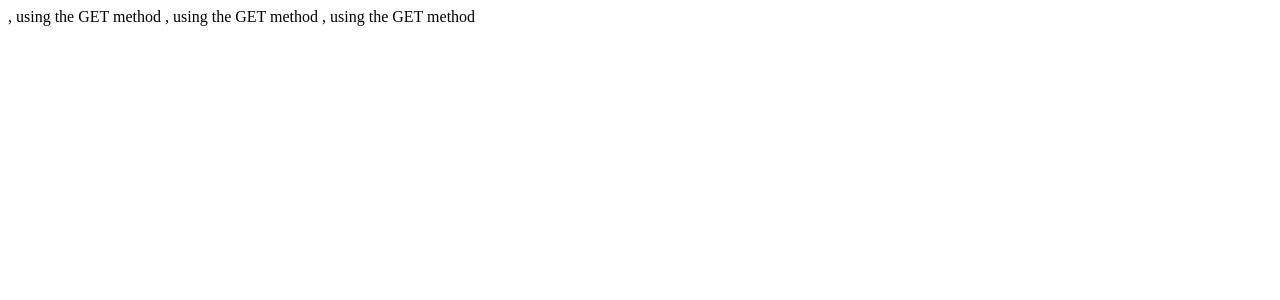
Repository: yksdy/yksdy
Page: http://localhost/servlet/servlet/ContextParamServlet
An editor plug-in stored every save of this project. The page is shown before and after the next save, followed by the edit.
The browser window is 1280 px wide. The pictures show the whole page.
The page is served by Tomcat 9. Other server files are loaded and not shown.

Above is the page before, as saved 2017-05-28 14:11:21.

### LongLeg/servlet/src/servlet/ContextParamServlet.java
package servlet;

import java.io.IOException;
import java.io.PrintWriter;

import javax.servlet.ServletContext;
import javax.servlet.ServletException;
import javax.servlet.http.HttpServlet;
import javax.servlet.http.HttpServletRequest;
import javax.servlet.http.HttpServletResponse;

public class ContextParamServlet extends HttpServlet {

	/**
	 * The doGet method of the servlet. <br>
	 *
	 * This method is called when a form has its tag value method equals to get.
	 *
	 * @param request the request send by the client to the server
	 * @param response the response send by the server to the client
	 * @throws ServletException if an error occurred
	 * @throws IOException if an error occurred
	 */
	public void doGet(HttpServletRequest request, HttpServletResponse response)
			throws ServletException, IOException {

		response.setContentType("text/html");
		ServletContext servletContext = getServletConfig().getServletContext();
		String updateFolder = servletContext.getInitParameter("updoad folder");
		String allowedFileType = servletContext.getInitParameter("allowed file type");
		PrintWriter out = response.getWriter();
		out.println("<!DOCTYPE HTML PUBLIC \"-//W3C//DTD HTML 4.01 Transitional//EN\">");
		out.println("<HTML>");
		out.println("  <HEAD><TITLE>A Servlet</TITLE></HEAD>");

		out.println(", using the GET method");
		out.println(", using the GET method");
		out.println(", using the GET method");

		out.println("  </BODY>");
		out.println("</HTML>");
		out.flush();
		out.close();
	}

	/**
	 * The doPost method of the servlet. <br>
	 *
	 * This method is called when a form has its tag value method equals to post.
	 *
	 * @param request the request send by the client to the server
	 * @param response the response send by the server to the client
	 * @throws ServletException if an error occurred
	 * @throws IOException if an error occurred
	 */
	public void doPost(HttpServletRequest request, HttpServletResponse response)
			throws ServletException, IOException {

		response.setContentType("text/html");
		PrintWriter out = response.getWriter();
		out.println("<!DOCTYPE HTML PUBLIC \"-//W3C//DTD HTML 4.01 Transitional//EN\">");
		out.println("<HTML>");
		out.println("  <HEAD><TITLE>A Servlet</TITLE></HEAD>");
		out.println("  <BODY>");
		out.print("    This is ");
		out.print(this.getClass());
		out.println(", using the POST method");
		out.println("  </BODY>");
		out.println("</HTML>");
		out.flush();
		out.close();
	}

}

After the next save:
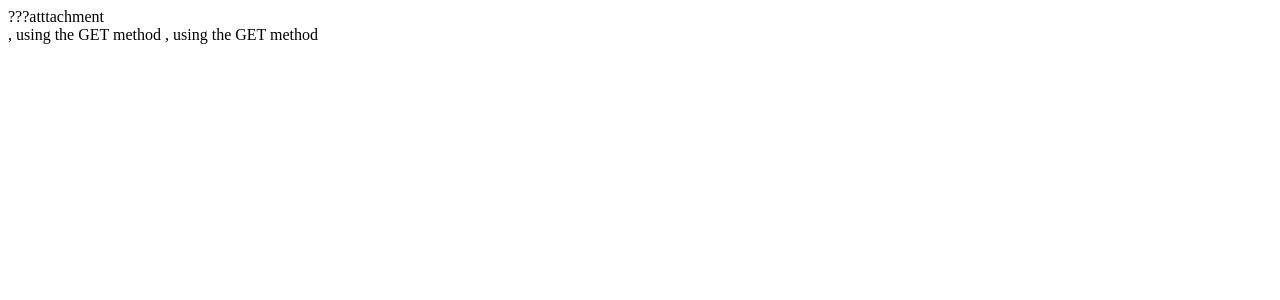
Saved 46 s later.
--- a/LongLeg/servlet/src/servlet/ContextParamServlet.java
+++ b/LongLeg/servlet/src/servlet/ContextParamServlet.java
@@ -33,7 +33,7 @@ public class ContextParamServlet extends HttpServlet {
 		out.println("<HTML>");
 		out.println("  <HEAD><TITLE>A Servlet</TITLE></HEAD>");
 
-		out.println(", using the GET method");
+		out.println("文件："+updateFolder+"<br/>");
 		out.println(", using the GET method");
 		out.println(", using the GET method");
 
